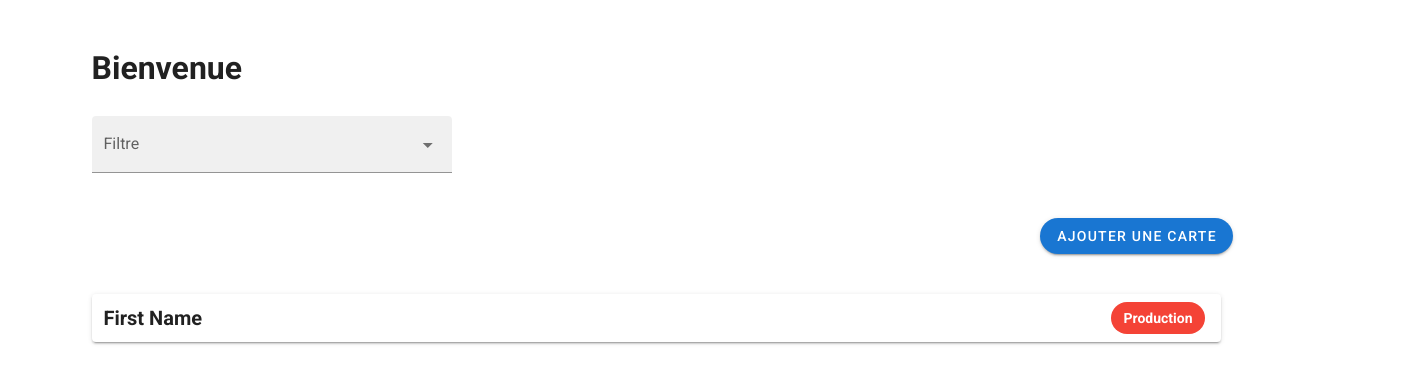
Repository: SidneyHodieb/myc
Page: /
An editor plug-in stored every save of this project. The page is shown before and after the next save, followed by the edit.
The browser window is 1280 px wide. The page is 1425 px wide, so the pictures cover 1425 px, including what lies to the right of the window. The pictures show the whole page.
The project was rebuilt for these pictures with package versions that can differ from the ones it lists, and the page was loaded fresh each time. Also part of the build but not shown: vue.config.js.

Above is the page before, as saved 2021-04-02 00:27:17.

After the next save:
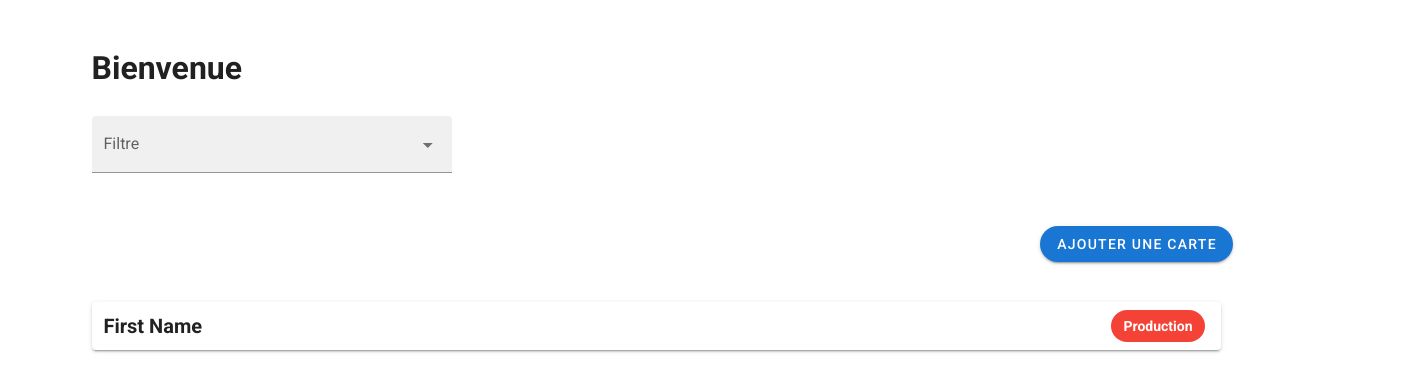
Saved 4 s later.
--- a/src/views/Home.vue
+++ b/src/views/Home.vue
@@ -7,7 +7,7 @@
       <v-col class="d-flex" sm="4">
         <v-select :items="items" filled label="Filtre"></v-select>
       </v-col>
-     <v-col offset-md="8" class="mt-n2" sm="6">
+     <v-col offset-md="8" sm="6">
       <div class="text-center">
         <v-btn rounded color="primary">
           Ajouter une carte
